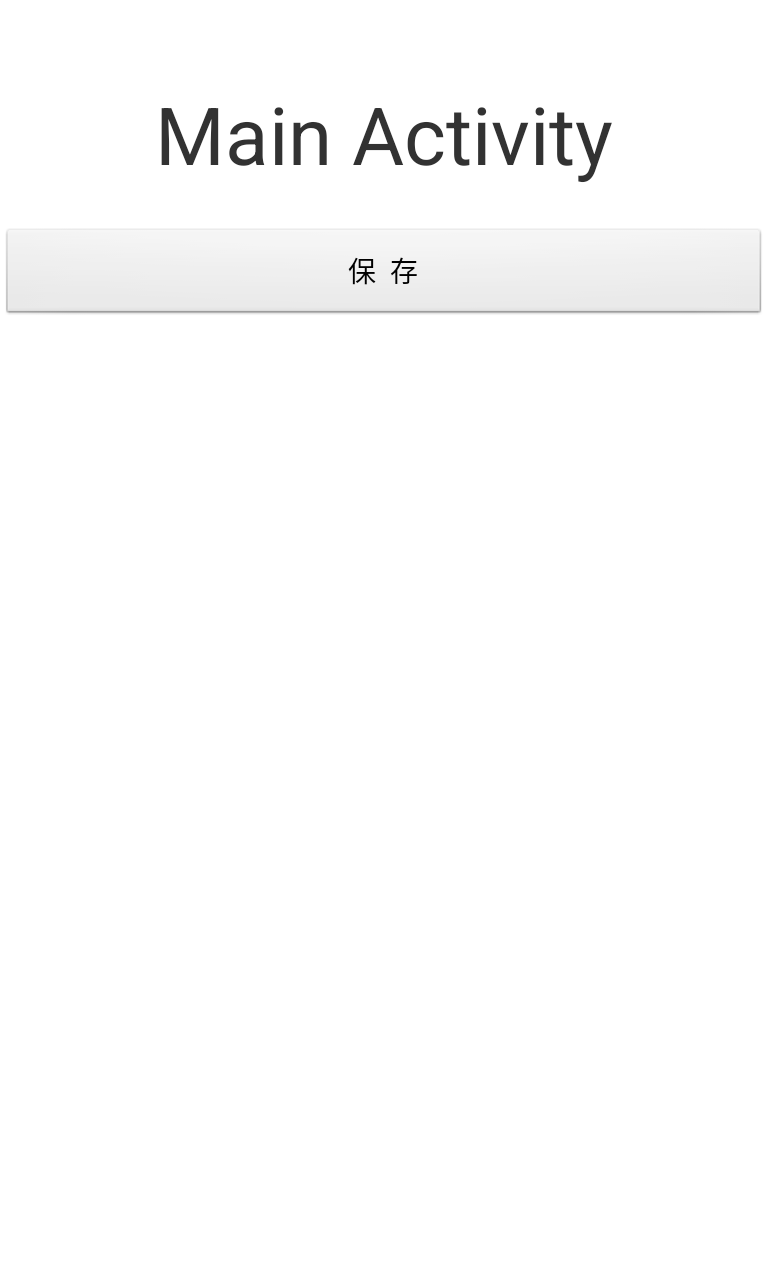
Repository: CiLiNet-Android/courseware
Layout: Android数据存储/文件数据存储/SourceCodes/InternalFileIODemo/res/layout/activity_main.xml
The author's editor kept a copy of each file at every save. The layout is drawn from the files as they stood at one save, then again after the next save.
It is drawn on a 768 x 1280 px phone screen (xhdpi) without system bars, with theme AppTheme; the app's code is not run.

Above is the layout before, as saved 2014-01-02 01:53:05.

### Android数据存储/文件数据存储/SourceCodes/InternalFileIODemo/res/layout/activity_main.xml
<?xml version="1.0" encoding="utf-8"?>
<LinearLayout xmlns:android="http://schemas.android.com/apk/res/android"
    android:layout_width="match_parent"
    android:layout_height="match_parent"
    android:orientation="vertical" >

    <TextView
        android:layout_width="match_parent"
        android:layout_height="wrap_content"
        android:layout_marginTop="40dp"
        android:gravity="center_horizontal"
        android:text="Main Activity"
        android:textSize="40sp"/>

    <Button
        android:layout_width="match_parent"
        android:layout_height="wrap_content"
        android:layout_marginTop="20dp"
        android:text="保  存"
        android:id="@+id/btn_save"/>

</LinearLayout>

Loaded but not shown: Android数据存储/文件数据存储/SourceCodes/InternalFileIODemo/res/values/styles.xml (common file)

After the next save:
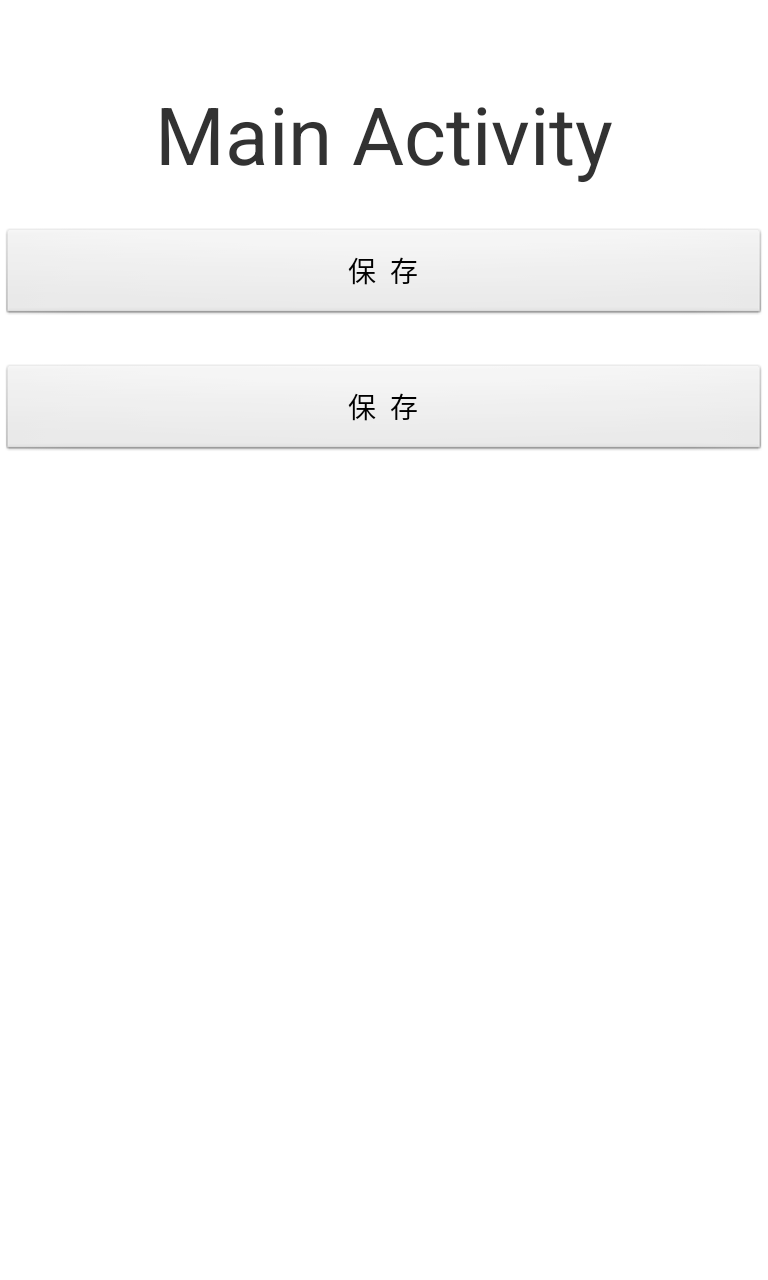
Saved 5 s later.
--- a/Android数据存储/文件数据存储/SourceCodes/InternalFileIODemo/res/layout/activity_main.xml
+++ b/Android数据存储/文件数据存储/SourceCodes/InternalFileIODemo/res/layout/activity_main.xml
@@ -19,4 +19,11 @@
         android:text="保  存"
         android:id="@+id/btn_save"/>
 
+    <Button
+        android:layout_width="match_parent"
+        android:layout_height="wrap_content"
+        android:layout_marginTop="20dp"
+        android:text="保  存"
+        android:id="@+id/btn_save"/>
+
 </LinearLayout>
